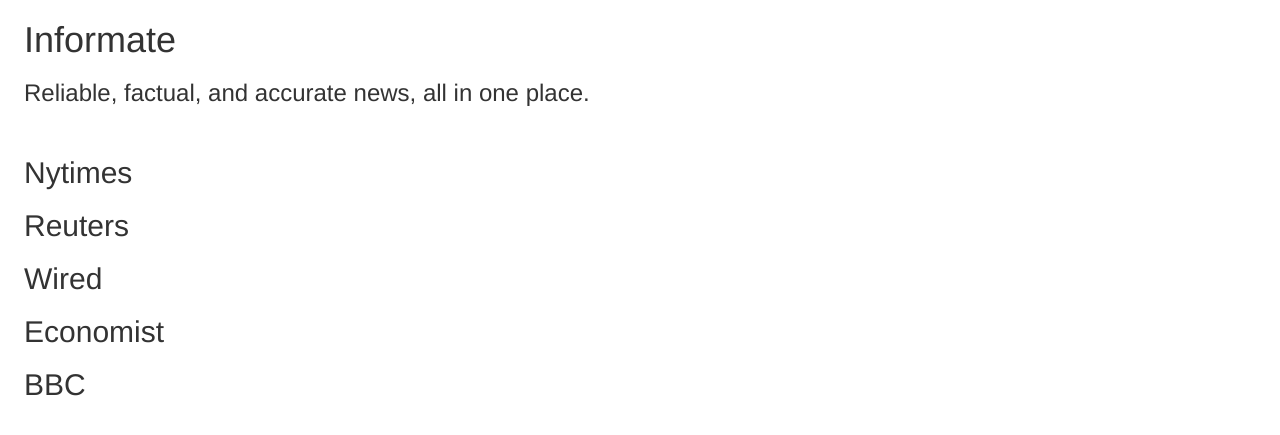
Repository: rbafna6507/newsaggregator-frontend
Page: index.html
These files come from the project's save history. The page is drawn as it stood at one moment and after the next save; the edit follows.
The browser window is 1280 px wide. The pictures show the whole page.
The page's requests for data from a server got no answer.

Above is the page before, as saved 2020-12-16 10:26:02.

After the next save:
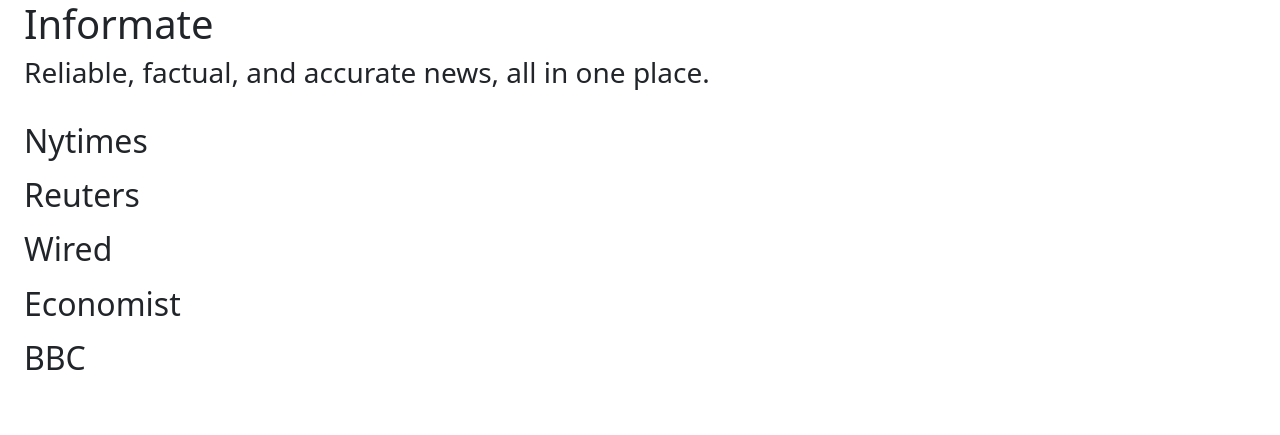
Saved 79 s later.
--- a/index.html
+++ b/index.html
@@ -1,9 +1,10 @@
 <!DOCTYPE html>
 <html>
     <!-- Latest compiled and minified CSS -->
-<link rel="stylesheet" href="https://maxcdn.bootstrapcdn.com/bootstrap/3.4.1/css/bootstrap.min.css">
+<!-- <link rel="stylesheet" href="https://maxcdn.bootstrapcdn.com/bootstrap/3.4.1/css/bootstrap.min.css"> -->
 
 <head>
+    <link href="https://cdn.jsdelivr.net/npm/bootstrap@5.0.0-beta1/dist/css/bootstrap.min.css" rel="stylesheet" integrity="sha384-giJF6kkoqNQ00vy+HMDP7azOuL0xtbfIcaT9wjKHr8RbDVddVHyTfAAsrekwKmP1" crossorigin="anonymous">
     <title>Informate</title>
 </head>
 <body>

After the save that followed:
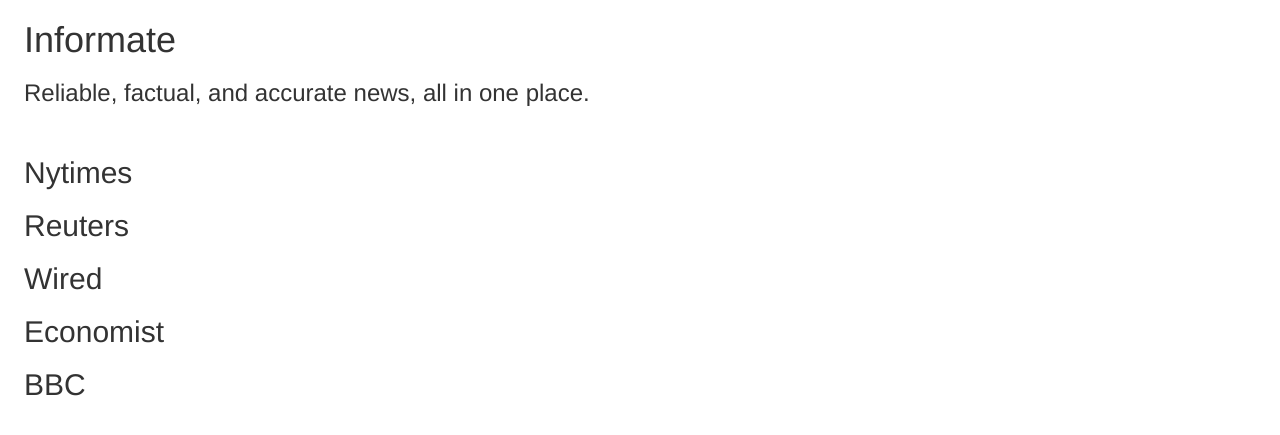
Saved 21 s later.
--- a/index.html
+++ b/index.html
@@ -1,10 +1,10 @@
 <!DOCTYPE html>
 <html>
     <!-- Latest compiled and minified CSS -->
-<!-- <link rel="stylesheet" href="https://maxcdn.bootstrapcdn.com/bootstrap/3.4.1/css/bootstrap.min.css"> -->
+<link rel="stylesheet" href="https://maxcdn.bootstrapcdn.com/bootstrap/3.4.1/css/bootstrap.min.css">
 
 <head>
-    <link href="https://cdn.jsdelivr.net/npm/bootstrap@5.0.0-beta1/dist/css/bootstrap.min.css" rel="stylesheet" integrity="sha384-giJF6kkoqNQ00vy+HMDP7azOuL0xtbfIcaT9wjKHr8RbDVddVHyTfAAsrekwKmP1" crossorigin="anonymous">
+
     <title>Informate</title>
 </head>
 <body>
